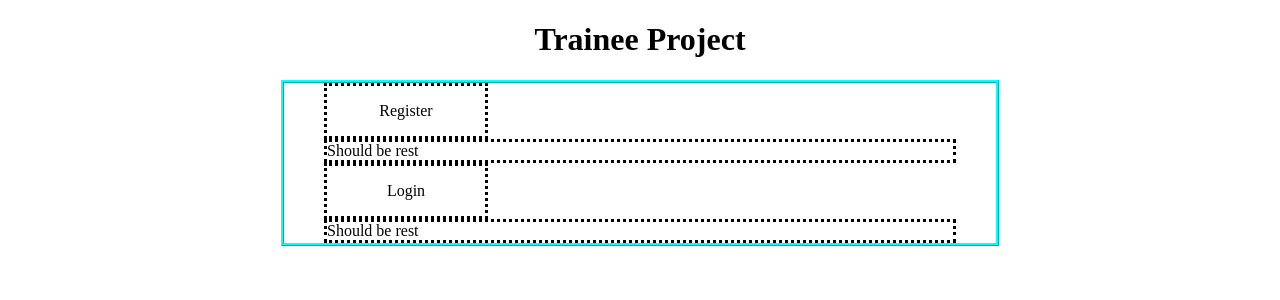
Repository: LsCodeMaster/Training
Page: Trainee/WebContent/trainee.html
These files come from the project's save history. The page is drawn as it stood at one moment and after the next save; the edit follows.
The browser window is 1280 px wide. The pictures show the whole page.

Above is the page before, as saved 2015-09-15 09:55:50.

After the next save:
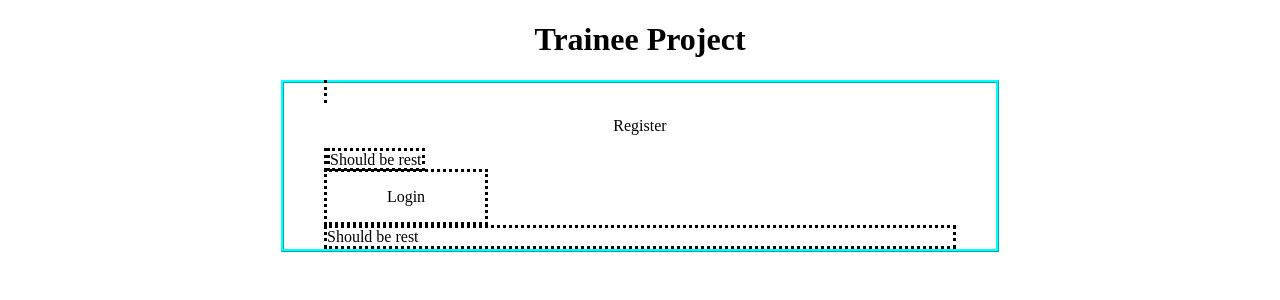
Saved 28 s later.
--- a/Trainee/WebContent/trainee.html
+++ b/Trainee/WebContent/trainee.html
@@ -9,12 +9,12 @@
 	<h1>Trainee Project</h1>
 	<div class="centeredBox">
 		<div>
-			<div class="loginType">
+			<span class="loginType">
 				<p>Register</p>
-			</div>
-			<div class="border">
+			</span>
+			<span class="border">
 				Should be rest
-			</div>
+			</span>
 		</div>
 		<div>
 			<div class="loginType">
